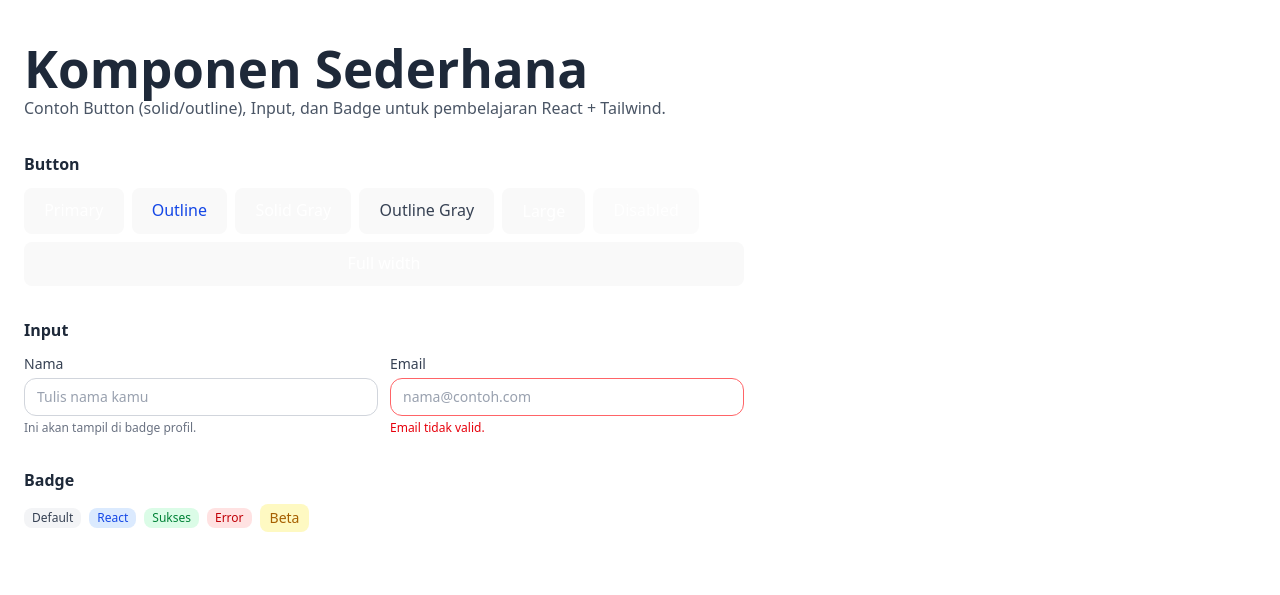
Repository: khulqu15/reactjs-learn
Page: / (app in day1/)
These files come from the project's save history. The page is drawn as it stood at one moment and after the next save; the edit follows.
The browser window is 1280 px wide. The pictures show the whole page.
The project was rebuilt for these pictures with package versions that can differ from the ones it lists, and the page was loaded fresh each time. Also part of the build but not shown: day1/vite.config.js.

Above is the page before, as saved 2025-09-22 00:54:08.

After the next save:
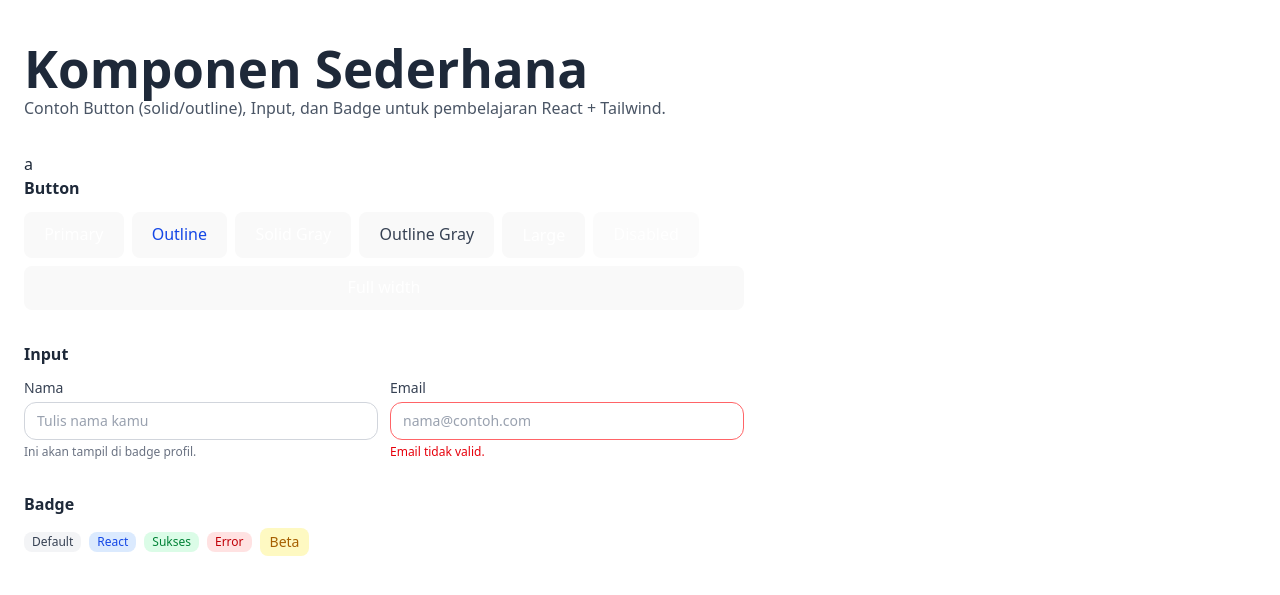
Saved 8 h 10 min later.
--- a/day1/src/App.jsx
+++ b/day1/src/App.jsx
@@ -11,7 +11,7 @@ export default function App() {
           <p className="text-gray-600">
             Contoh Button (solid/outline), Input, dan Badge untuk pembelajaran React + Tailwind.
           </p>
-        </header>
+        </header>a
 
         {/* Buttons */}
         <section className="space-y-3">
